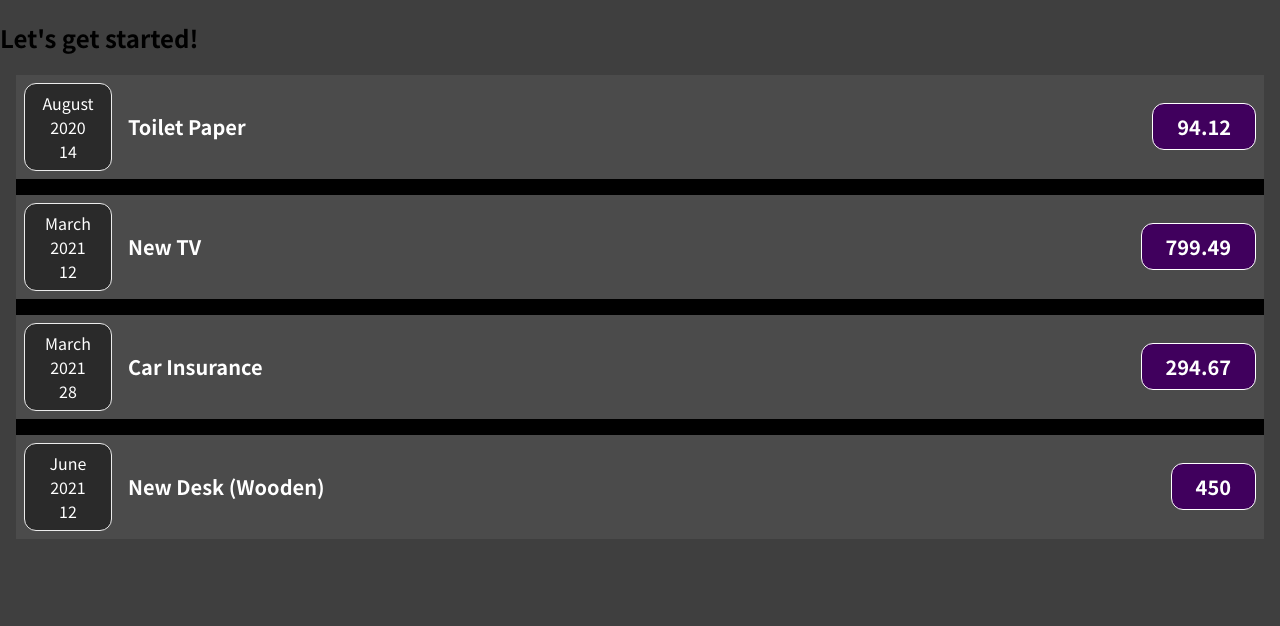
Repository: kowalkos/react-course-first
Page: /
An editor plug-in stored every save of this project. The page is shown before and after the next save, followed by the edit.
The browser window is 1280 px wide. The pictures show the whole page.
The project was rebuilt for these pictures with package versions that can differ from the ones it lists, and the page was loaded fresh each time.

Above is the page before, as saved 2021-11-27 18:05:11.

After the next save:
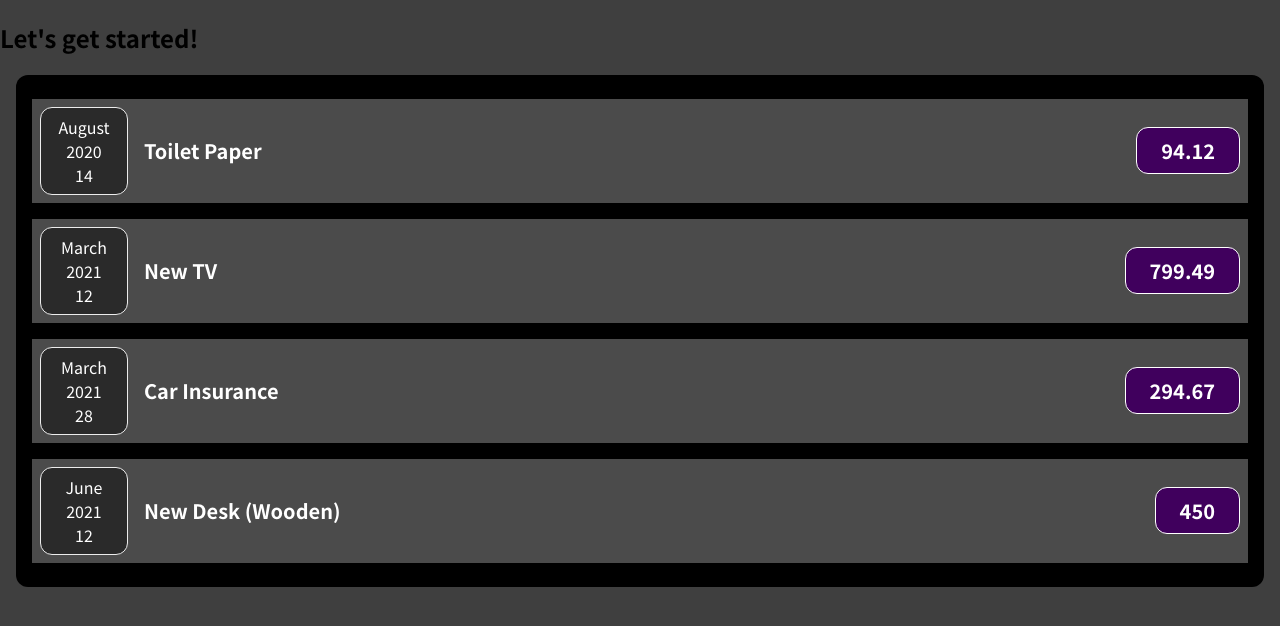
Saved 5 s later.
--- a/src/components/Expenses.css
+++ b/src/components/Expenses.css
@@ -1,6 +1,6 @@
 .expenses{
     background-color: black;
-    padding: 0.5rem,1rem;
+    padding: 0.5rem 1rem;
     border-radius: 12px;
     margin: 1rem;
 }
